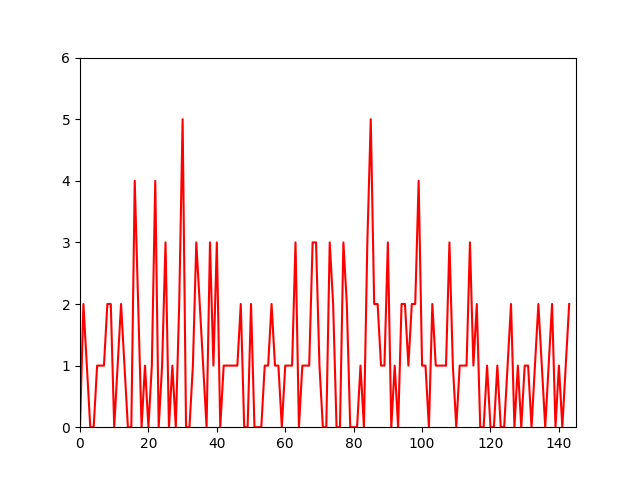
Repository: nelsonalexandrino/python_matplotlib_datavisualization_
Script's output: python LineAndScatterSplots.py
These files come from the project's save history. The script's output is drawn as it stood at one moment and after the next save; the edit follows.
Random numbers start from a fixed seed.

Above is the script's output before, as saved 2019-08-25 10:20:27.

### LineAndScatterSplots.py
import matplotlib.pyplot as pyplot

with open('Goals.txt', 'r') as file:
    HomeTeamGoals = [int(x) for x in file.readline().strip(
        '\n').strip(' ').split(' ')]
    AwayTeamGoals = [int(x) for x in file.readline().strip(
        '\n').strip(' ').split(' ')]

xAxis = []
for i in range(len(HomeTeamGoals)):
    xAxis.append(i)

pyplot.plot(xAxis, AwayTeamGoals, c='red')
pyplot.xlim(0, 145)
pyplot.ylim(0, 6)
pyplot.show()

### Goals.txt
6 0 2 1 2 1 2 2 2 0 1 3 0 3 1 0 4 1 3 3 6 2 0 0 4 1 2 1 1 0 1 3 0 1 1 1 3 1 3 0 2 2 2 1 2 2 1 2 1 2 1 2 4 0 1 1 2 2 2 0 2 2 0 0 2 3 2 2 3 0 3 3 0 1 0 0 2 1 1 3 1 3 1 1 0 2 0 3 3 3 2 0 0 1 4 1 0 2 1 1 2 2 0 2 1 1 2 3 1 4 4 1 2 2 2 1 0 0 5 1 1 1 0 1 1 0 2 1 3 2 1 1 1 0 1 1 3 2 1 3 1 2 1 1
0 2 1 0 0 1 1 1 2 2 0 1 2 1 0 0 4 2 0 1 0 1 4 0 1 3 0 1 0 2 5 0 0 1 3 2 1 0 3 1 3 0 1 1 1 1 1 2 0 0 2 0 0 0 1 1 2 1 1 0 1 1 1 3 0 1 1 1 3 3 1 0 0 3 2 0 0 3 2 0 0 0 1 0 3 5 2 2 1 1 3 0 1 0 2 2 1 2 2 4 1 1 0 2 1 1 1 1 3 1 0 1 1 1 3 1 2 0 0 1 0 0 1 0 0 1 2 0 1 0 1 1 0 1 2 1 0 1 2 0 1 0 1 2

After the next save:
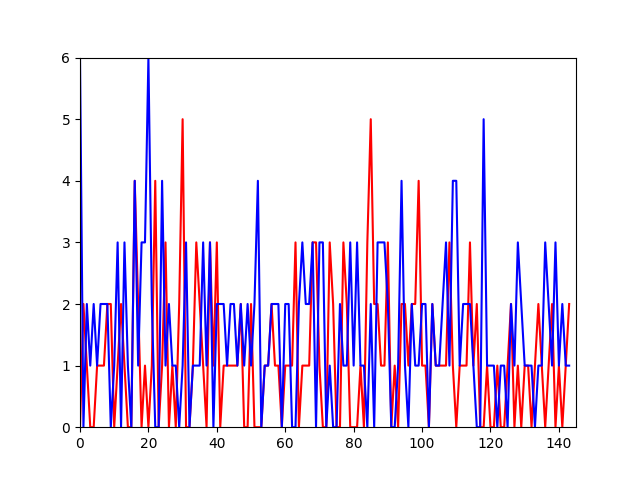
Saved 2 min 23 s later.
--- a/LineAndScatterSplots.py
+++ b/LineAndScatterSplots.py
@@ -11,6 +11,7 @@ for i in range(len(HomeTeamGoals)):
     xAxis.append(i)
 
 pyplot.plot(xAxis, AwayTeamGoals, c='red')
+pyplot.plot(xAxis, HomeTeamGoals, c='blue')
 pyplot.xlim(0, 145)
 pyplot.ylim(0, 6)
 pyplot.show()
